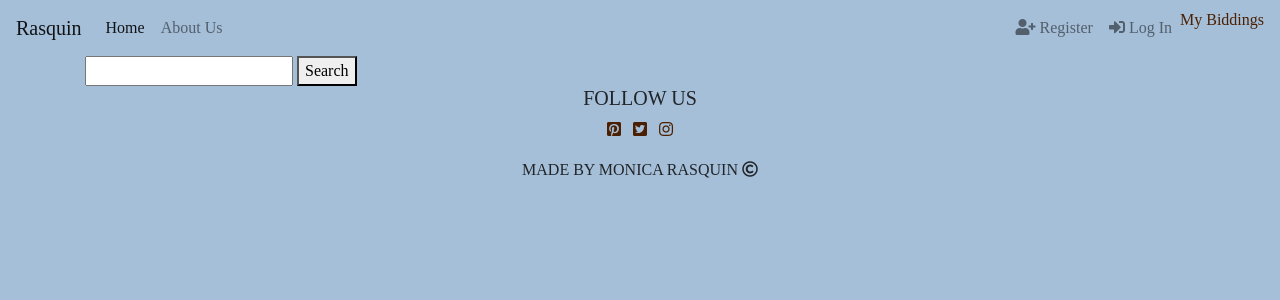
Repository: Rasquin/auction
Page: templates/base.html
The author's editor kept a record of every edit. The page is drawn from the files as they stood at one moment, then again after the next edit.
The browser window is 1280 px wide. The pictures show the whole page.
The template is drawn by Django 2.2. The application's start-up code is not run. Other server files are loaded and not shown. The template is opened directly, without the code that normally fills it, so the values that code supplies are empty.

Above is the page before.

### templates/base.html
<!DOCTYPE html>

{% load staticfiles %}

<html lang="en">

<head>
    <meta charset="UTF-8">
    <meta name="viewport" content="width=device-width, initial-scale=1.0">
    <meta http-equiv="X-UA-Compatible" content="ie=edge">

    <!-- Bootstrap compiled and minified CSS -->
    <link rel="stylesheet" href="https://stackpath.bootstrapcdn.com/bootstrap/4.3.1/css/bootstrap.min.css" integrity="sha384-ggOyR0iXCbMQv3Xipma34MD+dH/1fQ784/j6cY/iJTQUOhcWr7x9JvoRxT2MZw1T" crossorigin="anonymous">

    <!-- Font Awesome compiled and minified CSS -->
    <link rel="stylesheet" href="{% static 'font-awesome/css/all.css' %}">

    <!-- Own CSS -->
    <link rel="stylesheet" href="{% static 'css/mystyle.css' %}" type="text/css" />


    {% block head_js %}
    {% endblock head_js %}

    <title>Monica's Auction</title>
</head>


<body>
    <!-- NavBar area -  Fixed masthead -->
    <nav class="navbar navbar-expand-lg navbar-light bg-light">
        <a class="navbar-brand" href="#">Rasquin</a>
        <button class="navbar-toggler" type="button" data-toggle="collapse" data-target="#navbarSupportedContent" aria-controls="navbarSupportedContent" aria-expanded="false" aria-label="Toggle navigation">
            <span class="navbar-toggler-icon"></span>
        </button>

        <div class="collapse navbar-collapse" id="navbarSupportedContent">
            <ul class="navbar-nav mr-auto">
                <li class="nav-item active">
                    <a class="nav-link" href="{% url 'index' %}">Home <span class="sr-only">(current)</span></a>
                </li>
                <li class="nav-item">
                    <a class="nav-link" href="#">About Us</a>
                </li>
            </ul>
            <ul class="navbar-nav navbar-right">
                    {% if user.is_authenticated %}
                        <li class="nav-item">
                            <a class="nav-link" href="{% url 'profile' %}"><i class="fa fa-user"></i> Profile</a>
                        </li>
                        <li class="nav-item">
                            <a class="nav-link" href="{% url 'logout' %}"><i class="fa fa-sign-out-alt"></i> Log Out</a>
                        </li>
                    {%  else %}
                        <li class="nav-item">
                            <a class="nav-link" href="{% url 'register' %}"><i class="fa fa-user-plus"></i> Register</a>
                        </li>
                        <li class="nav-item">
                            <a class="nav-link" href="{% url 'login' %}"><i class="fa fa-sign-in-alt"></i> Log In</a>
                        </li>
                    {% endif %}
                        <li>
                            <a href="{% url 'view_my_biddings' %}">
                                <i class="fa fa-shipping-cart"></i>My Biddings
                                {% if product_count > 0 %}
                                <label class="badge badge-warning">{{ product_count }}</label>
                                {% endif %}
                            </a>
                        </li>

                </ul>
        </div>
    </nav>

    <!-- Messages area -->
    {% if messages %}
        <div class="alert alert-success">
            <div class="messages">
                {% for message in messages %}
                    {{ message }}
                {% endfor %}
            </div>
        </div>
    {% endif %}

    <!-- Block content area -->
    <div class="container">
        <div class="display">
            <form action="#" method="get">
                <input type="text" name="q">
                <button type="search">Search</button>
            </form>
        </div>
        {% block content %} {% endblock %}
    </div>

    <!-- Footer area -->
    <footer class="container-fluid">


        <!----------------------------------------------------------------------------SOCIAL MEDIA-->
        <div class="row ">
            <div class="col-12 text-center">
                <h5 class="text-uppercase">Follow Us</h5>
                <ul class="list-inline social-links">
                    <li class="list-inline-item"><a href="#"><i class="fab fa-pinterest-square"  aria-hidden="true"></i></a></li>
                    <li class="list-inline-item"><a href="#"><i class="fab fa-twitter-square" aria-hidden="true"></i></a></li>
                    <li class="list-inline-item"><a href="#"><i class="fab fa-instagram" aria-hidden="true"></i></a></li>
                </ul>
            </div>
        </div>

        <!-------------------------------------------------------------------------------COPYRIGHT-->
        <div class="row ">
            <div class="col-12">

                <p class="text-center text-uppercase">Made by Monica Rasquin <i class="far fa-copyright"></i> </p>
            </div>
        </div>
    </footer>

    <!-- Bootstrap compiled and minified JavaScript -->
    <script src="https://code.jquery.com/jquery-3.3.1.slim.min.js" integrity="sha384-q8i/X+965DzO0rT7abK41JStQIAqVgRVzpbzo5smXKp4YfRvH+8abtTE1Pi6jizo" crossorigin="anonymous"></script>
    <script src="https://cdnjs.cloudflare.com/ajax/libs/popper.js/1.14.7/umd/popper.min.js" integrity="sha384-UO2eT0CpHqdSJQ6hJty5KVphtPhzWj9WO1clHTMGa3JDZwrnQq4sF86dIHNDz0W1" crossorigin="anonymous"></script>
    <script src="https://stackpath.bootstrapcdn.com/bootstrap/4.3.1/js/bootstrap.min.js" integrity="sha384-JjSmVgyd0p3pXB1rRibZUAYoIIy6OrQ6VrjIEaFf/nJGzIxFDsf4x0xIM+B07jRM" crossorigin="anonymous"></script>

</body>
</html>

Loaded but not shown: static/font-awesome/css/all.css (library); static/css/mystyle.css (common file)

After the next edit:
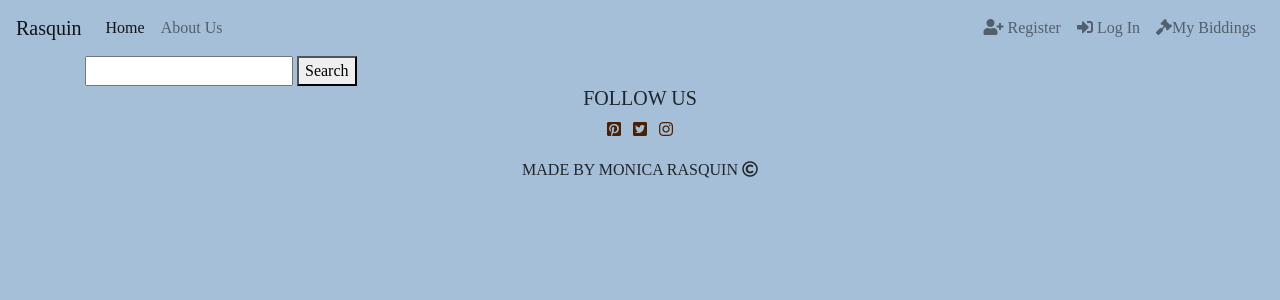
The edit:
--- a/templates/base.html
+++ b/templates/base.html
@@ -59,9 +59,9 @@
                             <a class="nav-link" href="{% url 'login' %}"><i class="fa fa-sign-in-alt"></i> Log In</a>
                         </li>
                     {% endif %}
-                        <li>
-                            <a href="{% url 'view_my_biddings' %}">
-                                <i class="fa fa-shipping-cart"></i>My Biddings
+                        <li class="nav-item">
+                            <a class="nav-link" href="{% url 'view_my_biddings' %}">
+                                <i class="fas fa-gavel"></i>My Biddings
                                 {% if product_count > 0 %}
                                 <label class="badge badge-warning">{{ product_count }}</label>
                                 {% endif %}
